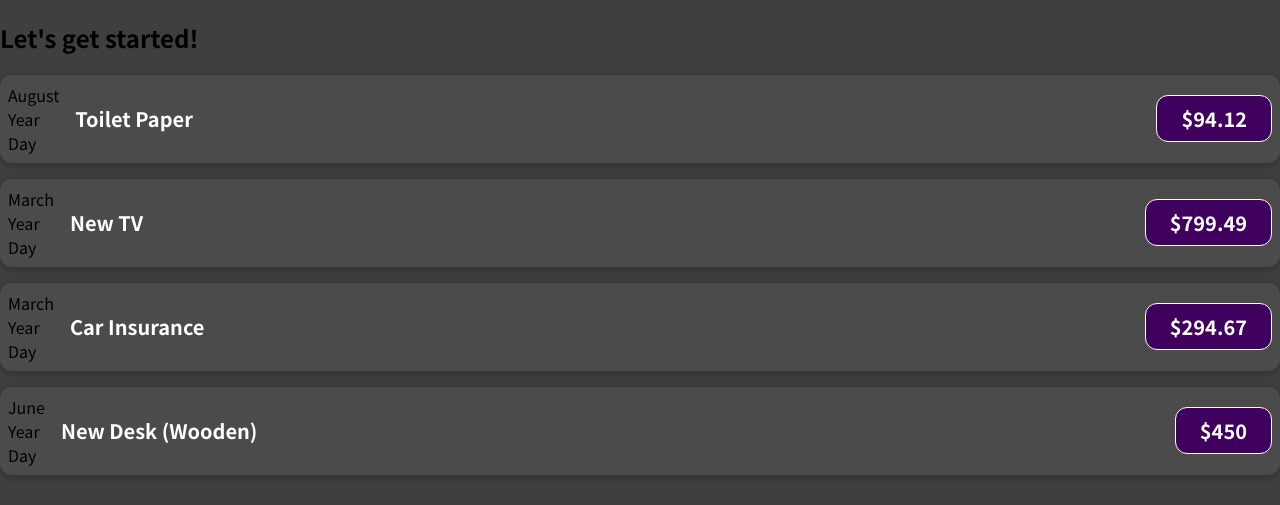
Repository: Dark-Developer93/react-complete-guide
Page: /
These files come from the project's save history. The page is drawn as it stood at one moment and after the next save; the edit follows.
The browser window is 1280 px wide. The pictures show the whole page.
The project was rebuilt for these pictures with package versions that can differ from the ones it lists, and the page was loaded fresh each time.

Above is the page before, as saved 2022-11-04 16:39:19.

After the next save:
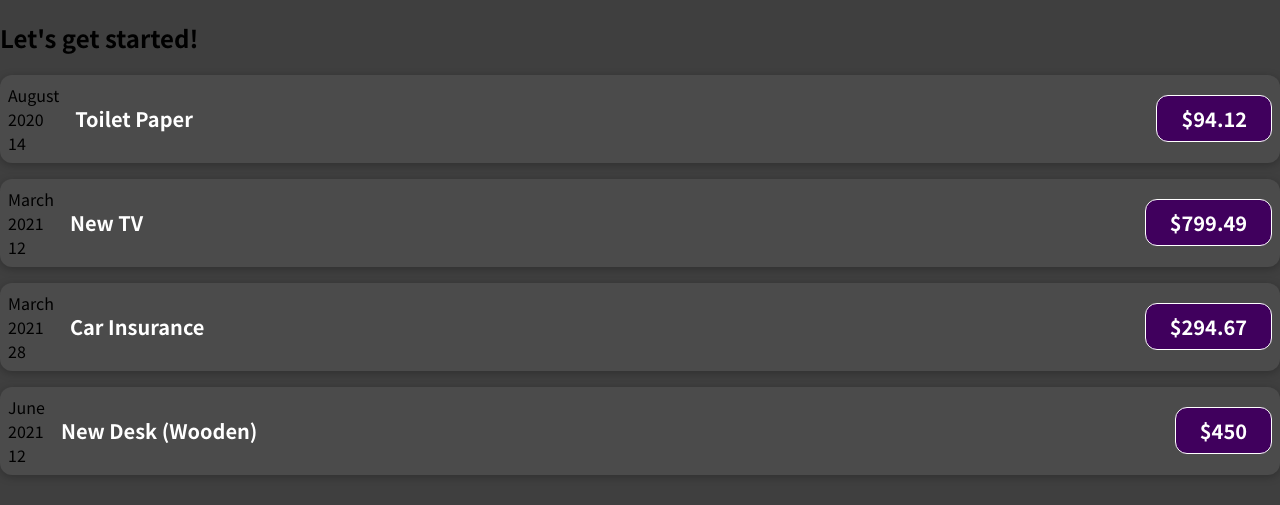
Saved 62 s later.
--- a/src/components/ExpenseItem.js
+++ b/src/components/ExpenseItem.js
@@ -6,8 +6,8 @@ const ExpenseItem = (props) => {
     <div className="expense-item">
       <div>
         <div>{date.toLocaleDateString("en-US", { month: "long" })}</div>
-        <div>Year</div>
-        <div>Day</div>
+        <div>{date.toLocaleDateString("en-US", { year: "numeric" })}</div>
+        <div>{date.toLocaleDateString("en-US", { day: "numeric" })}</div>
       </div>
       <div className="expense-item__description">
         <h2>{title}</h2>
